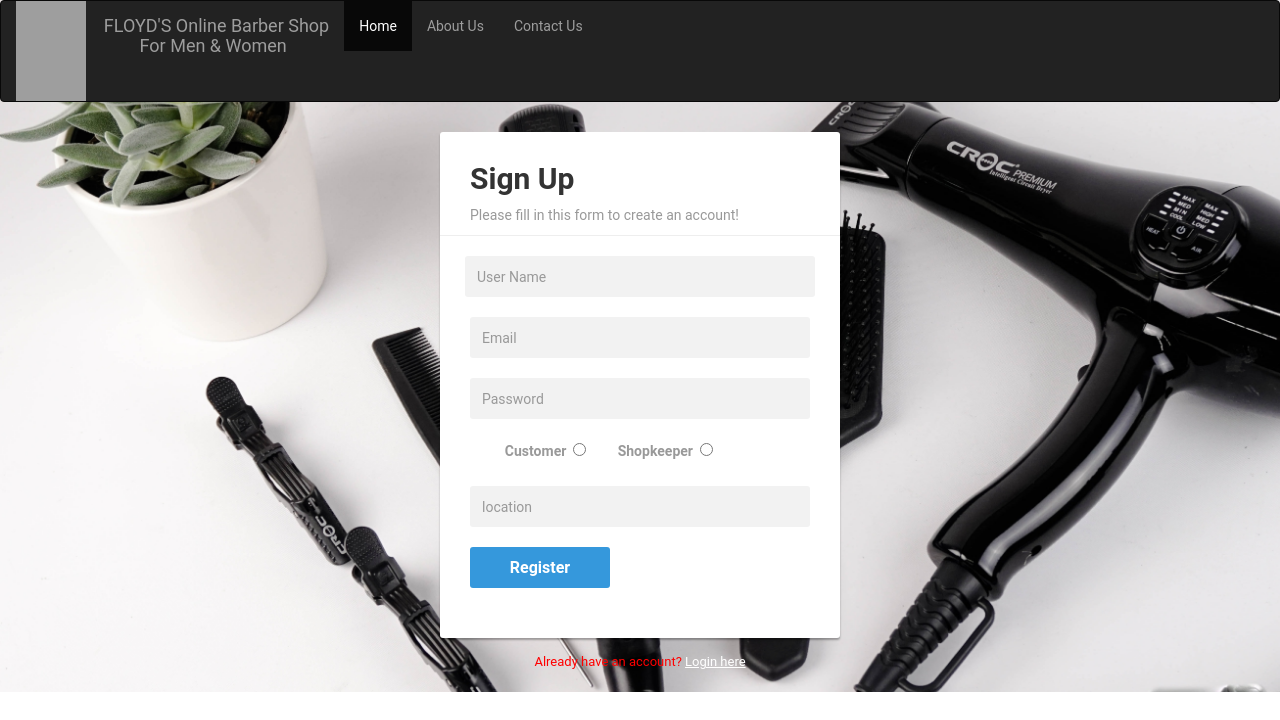
Repository: Mithil-Chavan/OnlineBarbershopManagementSystem
Page: http://localhost/OnlineBarberShop/WEB-INF/views/user/register.jsp
The author's editor kept a copy of each file at every save. The page is drawn from the files as they stood at one save, then again after the next save.
The browser window is 1280 px wide. The pictures show the whole page.
Some web fonts or font styles are not loaded; a fallback is used. The page is served by Tomcat 9. Nobody is signed in. Other server files are loaded and not shown. The template is opened directly, without the code that normally fills it, so the values that code supplies are empty.

Above is the page before, as saved 2021-03-25 07:15:50.

### OnlineBarberShop/OnlineBarberShop/src/main/webapp/WEB-INF/views/user/register.jsp
<%@ page language="java" contentType="text/html; charset=ISO-8859-1"
	pageEncoding="ISO-8859-1"%>
			<%@ taglib uri="http://java.sun.com/jsp/jstl/core" prefix="c"%>
<%@ taglib uri="http://www.springframework.org/tags" prefix="spring"%>
<%@ taglib uri="http://www.springframework.org/tags/form" prefix="sf"%>


<!DOCTYPE html>
<html lang="en">
<head>
  <title>register</title>
  <meta charset="utf-8">
<meta name="viewport" content="width=device-width, initial-scale=1, shrink-to-fit=no">
<title>Bootstrap Elegant Account Login Form with Avatar Icon</title>
<link rel="stylesheet" href="https://fonts.googleapis.com/css?family=Merienda+One">
<link rel="stylesheet" href="https://stackpath.bootstrapcdn.com/bootstrap/3.4.1/css/bootstrap.min.css">
<link rel="stylesheet" href="https://fonts.googleapis.com/icon?family=Material+Icons">
<link rel="stylesheet" href="https://maxcdn.bootstrapcdn.com/font-awesome/4.7.0/css/font-awesome.min.css">
<script src="https://code.jquery.com/jquery-3.5.1.min.js"></script>
<script src="https://cdn.jsdelivr.net/npm/popper.js@1.16.0/dist/umd/popper.min.js"></script>
<script src="https://stackpath.bootstrapcdn.com/bootstrap/4.5.0/js/bootstrap.min.js"></script>
<style>
body {
	color: #fff;
	/* background: #3598dc; */
	background: url("http://localhost:8080/register.jpg")no-repeat;
	background-size: cover;
	background-position: center;
	width:100%; height:650px;
	font-family: 'Roboto', sans-serif;
}
.form-control {
	height: 41px;
	background: #f2f2f2;
	box-shadow: none !important;
	border: none;
}
.form-control:focus {
	background: #e2e2e2;
}
.form-control, .btn {
	border-radius: 3px;
}
.signup-form {
	width: 400px;
	margin: 30px auto;
}
.signup-form form {
	color: #999;
	border-radius: 3px;
	margin-bottom: 15px;
	background: #fff;
	box-shadow: 0px 2px 2px rgba(0, 0, 0, 0.3);
	padding: 30px;
}
.signup-form h2  {
	color: #333;
	font-weight: bold;
	margin-top: 0;
}
.signup-form hr  {
	margin: 0 -30px 20px;
}
.signup-form .form-group {
	margin-bottom: 20px;
}
.signup-form input[type="checkbox"] {
	margin-top: 3px;
}
.signup-form .row div:first-child {
	padding-right: 10px;
}
.signup-form .row div:last-child {
	padding-left: 10px;
}
.signup-form .btn {
	font-size: 16px;
	font-weight: bold;
	background: #3598dc;
	border: none;
	min-width: 140px;
}
.signup-form .btn:hover, .signup-form .btn:focus {
	background: #2389cd !important;
	outline: none;
}
.signup-form a {
	color: #fff;
	text-decoration: underline;
}
.signup-form a:hover {
	text-decoration: none;
}
.signup-form form a {
	color: #3598dc;
	text-decoration: none;
}
.signup-form form a:hover {
	text-decoration: underline;
}
.signup-form .hint-text  {
color:#FF0000;
font-size: 13px;
	padding-bottom: 15px;
	text-align: center;
}
</style>
</head>
<body>

<nav class="navbar navbar-inverse">
  <div class="container-fluid">
  <div class="navbar-header">
    <img src="http://localhost:8080/about1.png" width="70" height="100" alt="Bootstrappin"/>
    </div>
    <div class="navbar-header">
      <a class="navbar-brand" > &nbsp&nbsp&nbsp FLOYD'S Online Barber Shop
      <br>&nbsp&nbsp&nbsp&nbsp&nbsp&nbsp&nbsp&nbsp&nbsp&nbsp&nbsp For Men & Women</br> </a>
    </div>
    <ul class="nav navbar-nav">
      <li class="active"><a href="/">Home</a></li>
     <li><a href="/about">About Us</a></li>
      <li><a href="/contact">Contact Us</a></li>
    </ul>

  </div>
</nav>


<div class="signup-form">
    <sf:form method="post" >
		<h2>Sign Up</h2>
		<p>Please fill in this form to create an account!</p>
		<hr>
        <div class="form-group">
			<div class="row">
				<div class="col"><input type="text" class="form-control" name="userName" placeholder="User Name" required="required"></div>
			</div>
        </div>
        <div class="form-group">
        	<input type="email" class="form-control" name="emailId" placeholder="Email" required="required">
        </div>
		<div class="form-group">
            <input type="password" class="form-control" name="password" placeholder="Password" required="required">
        </div>

        <div class="form-group">
			<label class="form-check-label">&nbsp&nbsp&nbsp&nbsp&nbsp&nbsp&nbsp&nbsp&nbsp Customer  &nbsp<input type="radio" name="role" value="customer" required="required"> </label>
			<label class="form-check-label">&nbsp&nbsp&nbsp&nbsp&nbsp&nbsp&nbsp Shopkeeper &nbsp<input type="radio" name="role" value="shopkeeper" required="required"> </label>
		</div>

		<div class="form-group">
            <input type="location" class="form-control" name="location" placeholder="location" required="required">
        </div>

		<div class="form-group">
            <input type="submit" class="btn btn-primary btn-lg" value="Register"/>
        </div>
	</sf:form>
	<div class="hint-text">Already have an account? <a href="/user/login">Login here</a></div>
</div>



</body>
</html>

After the next save:
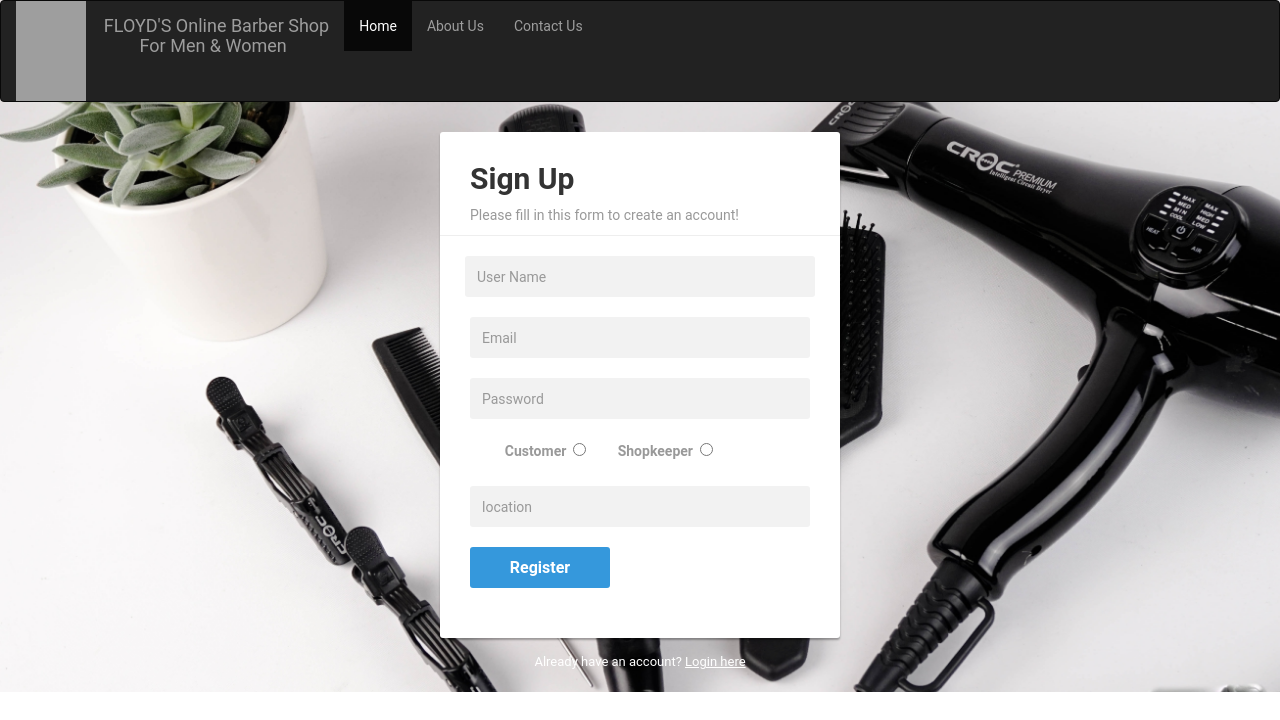
Saved 58 s later.
--- a/OnlineBarberShop/OnlineBarberShop/src/main/webapp/WEB-INF/views/user/register.jsp
+++ b/OnlineBarberShop/OnlineBarberShop/src/main/webapp/WEB-INF/views/user/register.jsp
@@ -99,7 +99,7 @@ body {
 	text-decoration: underline;
 }
 .signup-form .hint-text  {
-color:#FF0000;
+color:#FFFFFF;
 font-size: 13px;
 	padding-bottom: 15px;
 	text-align: center;
